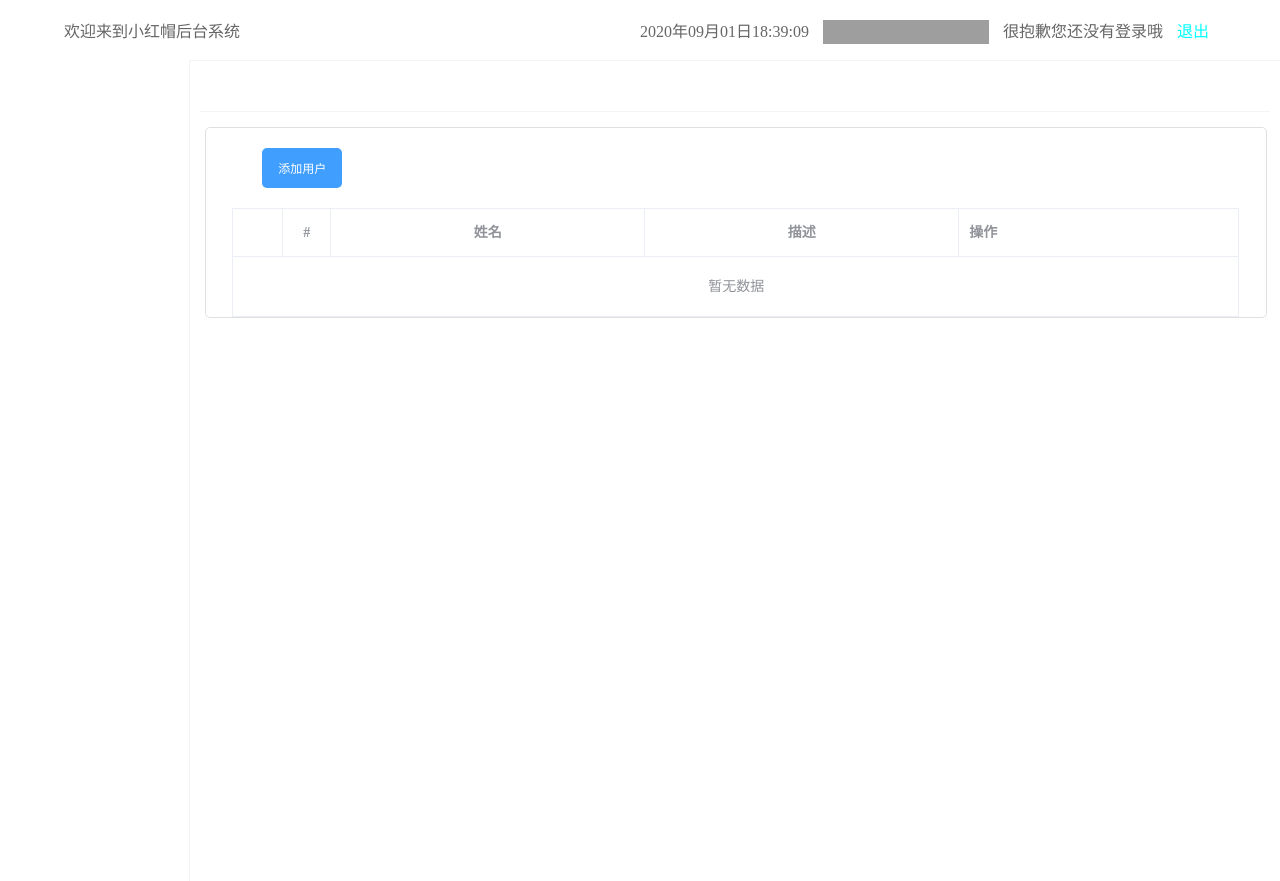
Repository: jinggegeZ/whitesystem
Page: /rights/roles
The author's editor kept a copy of each file at every save. The page is drawn from the files as they stood at one save, then again after the next save.
The browser window is 1280 px wide. The pictures show the whole page.
Pictures or frames that could not be fetched are drawn as grey boxes. The page's requests for data from a server got no answer. The project was rebuilt for these pictures with package versions that can differ from the ones it lists, and the page was loaded fresh each time. No one was signed in, and anything a server would have sent is missing. Also part of the build but not shown: vue.config.js, src/views/Home.vue.

Above is the page before, as saved 2020-09-02 13:00:48.

### public/index.html
<!DOCTYPE html>
<html lang="en">
  <head>
    <meta charset="utf-8">
    <meta http-equiv="X-UA-Compatible" content="IE=edge">
    <meta name="viewport" content="width=device-width,initial-scale=1.0">
    <link rel="icon" href="<%= BASE_URL %>favicon.ico">
    <title><%= htmlWebpackPlugin.options.title %></title>
  </head>
  <body>
    <noscript>
      <strong>We're sorry but <%= htmlWebpackPlugin.options.title %> doesn't work properly without JavaScript enabled. Please enable it to continue.</strong>
    </noscript>
    <div id="app"></div>
    <!-- built files will be auto injected -->

     <!--[if lte IE 9]>
    <div style='position:absolute; top: 50%; left:50%; margin-top: -50px;margin-left: -400px; align-items: center;justify-content: center;'>
      <div style='width: 800px; height: 100px;text-align: center'>
        <h1>
        您的浏览器版本过低 请下载最新的谷歌浏览器
      </h1>
      <div style='text-align: center;width: 800px'>
        <a href=''>下载谷歌浏览器点此链接</a>
      </div>
      </div>
    </div>
  <![endif]-->
  </body>

</html>

### src/main.js
import Vue from "vue";
import App from "./App.vue";
import router from "./router";
import store from "./store";
import './bus'
import ElementUI from 'element-ui'
import 'element-ui/lib/theme-chalk/index.css'
import dayjs from 'dayjs'
import echarts from "echarts"

dayjs().format();
Vue.use(ElementUI)
Vue.config.productionTip = false;
Vue.prototype.$echarts = echarts

new Vue({
  router,
  store,
  render: h => h(App)
}).$mount("#app");

### src/App.vue
<template>
  <div id="app">
    <router-view />
  </div>
</template>

<style lang="scss">
@import '../src/style/style'
</style>

### src/store/index.js
import Vue from "vue";
import Vuex from "vuex";
import user from "./user/user";
import order from "./order/order"

Vue.use(Vuex);

export default new Vuex.Store({
  state: {},
  mutations: {},
  actions: {},
  modules: {
    user,
    order
  }
});

### src/bus/index.js
import Vue from 'vue'
const bus = new Vue()
Vue.prototype.$bus = bus

### src/style/style.css
* {
    margin: 0;
    padding: 0;
}

#app {
    width: 100%;
    height: 100%;
}
.el-menu-item {
    min-width: 100px !important;
}
html {
    width: 100%;
    height: 100%;
}

body {
    width: 100%;
    height: 100%;
}

/* 登录页面 */
.login {
    width: 100%;
    height: 100%;
}

.loginbox {
    width: 100%;
    height: 100%;
    display: flex;
    justify-content: center;
    align-items: center;

}

.loginboximg {
    width: 100%;
    height: 100%;
    position: absolute;

}

.msgbox {
    width: 636px;
    height: 400px;
    background: rgb(255, 255, 255);
    border: 1px solid rgb(204, 204, 204);
    z-index: 99;
    position: absolute;
    border-radius: 5px;
}

.topbox {
    width: 100%;
    height: 79px;
    font-size: 22px;
    display: flex;
    justify-content: space-around;
    align-items: center;
    border-bottom: 1px solid rgb(204, 204, 204);
    font-weight: 700;

}
.el-form {
    width: 100%;
}
.topinpuit {
    width: 100%;
    height: 60px;
    display: flex;
    justify-content: center;
    align-items: center;
}
.topinpuit1 {
    width: 100%;
    height: 60px;
    display: flex;
    justify-content: center;

    margin-top: 20px;
}
.topinputfont {
    width: 100%;
    height: 80px;
    display: flex;
    justify-content: center;
    font-size: 14px;
    align-items: center;
}
.topinpuit1-2 {
    width: 90%;
    display: flex;
    justify-content: center;
    align-items: center;
}
.topinpuit1-1 {
    width: 90%;
    display: flex;
    justify-content: center;
    align-items: center;
}
.submit {
    width: 100%;
    height: 80px;
    display: flex;
    justify-content: center;
    align-items: center;

}
/* layout部分 */
.layout-homebox {
    width: 100%;
    height: 100%;

}
.layout-topbox {
    width: 100%;
    height: 60px;
}
.layout-navbox {
    width: 100%;
    display: flex;

}
.layout-leftbox {
    width: 15%;
    min-height: 800px;
    height: 100%;

}
.layout-sonbox {
    padding: 10px;
    width: 85%;
    min-height: 800px;
    height: 100%;
    border-top: 1px solid rgb(244,244,244);
    border-left: 1px solid rgb(244,244,244);
}
.layout-sonbox-top {
    width: 100%;
    height: 40px;
    border-bottom: 1px solid rgb(244,244,244);
    display: flex;
    align-items: center;
}
.layout-sonbox-top-item {
    padding: 3px 15px;
    font-size: 12px;
    border: 1px solid rgb(224,224,224);
    margin-left: 10px;
    border-radius: 5px;
}
.layout-sonbox-top-item:hover {
    background: rgb(7, 170, 235);
    color: white;
}
.layout-sonbox-top-item:hover .vis {
    visibility: visible;

}
.vis {
    visibility: hidden;
}
.layout-sonbox-top-item2 {
    margin-left: 10px;
    margin-right: 10px;

}
.layout-sonbox-box {
    margin-top: 10px;
}
/* 头部样式 */
.top-Box {
    width: 100%;
    height: 60px;
    display: flex;
    justify-content: center;
    align-items: center;

}
.top-box {
    width: 90%;
    height: 60px;
    display: flex;
    justify-content: space-between;
    align-items: center;
}
.top-box-left {
    width: 50%;
    height: 100%;
    font-size: 16px;
    color: #666;
    display: flex;
    align-items: center;
}
.top-box-right {
    width: 590px;
    height: 100%;
    font-size: 20px;
    color: #666;
    display: flex;
    justify-content: space-around;
    align-items: center;
    font-size: 16px;
}
.logout {
    color: aqua;
}
.weather {
    height: 21px;
}
iframe{
    width: 166px;
}
iframe html{
    width: 166px;
}
iframe body{
    width: 166px;
}

### src/views/layout1/layout.vue
<template>
  <div class="layout-homebox">
    <div class="layout-topbox">
      <topbox></topbox>
    </div>
    <div class="layout-navbox">
      <div class="layout-leftbox">
        <leftbox></leftbox>
      </div>
      <div class="layout-sonbox">
      <used></used>
        <div class="layout-sonbox-box">
          <template>
            <router-view />
          </template>
        </div>
      </div>
    </div>
  </div>
</template>

<script>
import topbox from "../../components/topbox/topbox";
import leftbox from "../../components/leftbox/leftbox";
import used from "../../components/used/used"
export default {
  name: "",
  props: {},
  components: {
    topbox,
    leftbox,
    used
  },
  data() {
    return {};
  },
  methods: {},
  mounted() {},
  watch: {},
  computed: {}
};
</script>

<style scoped lang='scss'>
</style>

### src/views/roleList/RoleList.vue
<template>
  <div class="UserListbox">
    <div class="userListbox">
      <div class="userListbox-serach">
        <div class="userListbox-serach1">
          <div class="adduser" @click="opendiolog">添加用户</div>
           <template>
                  <el-dialog
                    title="添加用户"
                    :visible.sync="dialogVisible1"
                    width="30%"
                    :before-close="handleClose1"
                  >
                    <span>
                      <el-form
                        :label-position="labelPosition"
                        label-width="80px"
                        :model="formLabelAlign1"
                        :rules="rules"

                      >
                        <el-form-item label="用户姓名" prop="name" >
                          <el-input v-model="formLabelAlign1.name"></el-input>
                        </el-form-item>
                        <el-form-item label="用户密码" prop="password"  >
                          <el-input type="password" v-model="formLabelAlign1.password"></el-input>
                        </el-form-item>
                        <el-form-item label="邮箱" prop="email"  >
                          <el-input v-model="formLabelAlign1.email"></el-input>
                        </el-form-item>
                        <el-form-item label="电话" prop="mobile"  >
                          <el-input v-model="formLabelAlign1.mobile"></el-input>
                        </el-form-item>

                      </el-form>
                    </span>
                    <span slot="footer" class="dialog-footer">
                      <el-button @click="dialogVisible1 = false">取 消</el-button>
                      <el-button type="primary" @click="addUser">确 定</el-button>
                    </span>
                  </el-dialog>
                </template>
        </div>
      </div>
      <div class="userListbox-nav">
        <!-- 用户表格 -->
        <div class="list_b">
          <el-table :data="roles" border stripe style="width: 100%">
          <!-- 展开符 -->
            <el-table-column label="" align="center" width="50"></el-table-column>
            <!-- 下标 -->
            <el-table-column label="#" type="index" :index="indexMethod" align="center"></el-table-column>
            <!-- 姓名 -->
            <el-table-column prop="roleName" label="姓名"  align="center"></el-table-column>
            <!-- 角色 -->
            <el-table-column prop="roleDesc" label="描述"  align="center"></el-table-column>
            <!-- 操作 -->
            <el-table-column label="操作" width="280">
              <template slot-scope="scope">
                <el-tooltip class="item" effect="dark" content="编辑" placement="top">
                  <el-button
                    size="mini"
                    type="primary"

                    @click="handleEdit(scope.$index, scope.row)"
                  >编辑</el-button>
                </el-tooltip>
                <template>
                  <el-dialog
                    title="编辑信息"
                    :visible.sync="dialogVisible"
                    width="30%"
                    :before-close="handleClose"
                  >
                    <span>
                      <el-form
                        :label-position="labelPosition"
                        label-width="80px"
                        :model="formLabelAlign"
                      >
                        <el-form-item label="用户名" disabled>
                          <el-input v-model="formLabelAlign.name"></el-input>
                        </el-form-item>
                        <el-form-item label="邮箱" prop="email">
                          <el-input v-model="formLabelAlign.email"></el-input>
                        </el-form-item>
                        <el-form-item label="电话" prop="mobile">
                          <el-input v-model="formLabelAlign.mobile"></el-input>
                        </el-form-item>
                      </el-form>
                    </span>
                    <span slot="footer" class="dialog-footer">
                      <el-button @click="dialogVisible = false">取 消</el-button>
                      <el-button type="primary" @click="changemsg">确 定</el-button>
                    </span>
                  </el-dialog>
                </template>
                <el-tooltip class="item" effect="dark" content="删除" placement="top">
                  <el-button
                    size="mini"
                    type="danger"

                    @click="handleDelete(scope.$index, scope.row)"
                  >删除</el-button>
                </el-tooltip>
                <el-tooltip class="item" effect="dark" content="分配权限" placement="top">
                  <el-button
                    size="mini"
                    type="warning"
                    @click="handleshare(scope.$index, scope.row)"
                  >分配权限</el-button>
                </el-tooltip>
                <template>
                  <el-dialog
                    title="编辑信息"
                    :visible.sync="dialogVisible2"
                    width="30%"
                    :before-close="handleClose"
                  >
                    <span>
                    123
                    </span>
                    <span slot="footer" class="dialog-footer">
                      <el-button @click="dialogVisible2 = false">取 消</el-button>
                      <el-button type="primary" @click="dialogVisible2 = false">确 定</el-button>
                    </span>
                  </el-dialog>
                </template>
              </template>
            </el-table-column>
          </el-table>
        </div>
      </div>
    </div>
  </div>
</template>

<script>
import { createNamespacedHelpers } from "vuex";
const userModule = createNamespacedHelpers("user");
const { mapState, mapActions } = userModule;
export default {
  name: "UserList",
  props: {},
  components: {},
  data() {
    return {
      keyword: "",
      pagenum: 1,
      pagesize: 5,
      query: "",
      id: "",
      value: true,
      tableData: [],
      dialogVisible: false,
      dialogVisible1:false,
      dialogVisible2:false,
      labelPosition: "right",
       formLabelAlign: {
        name: "",
        email: "",
        mobile: ""
      },
      formLabelAlign1: {
        name: "",
        password:"",
        email: "",
        mobile: ""
      },
      rules: {
        name: [
          { required: true, message: "请输入用户名", trigger: "change" },
          {

            message: "用户名不能为空",
            trigger: ["blur", "change"]
          }
        ],
        password: [
          { required: true, message: "请输入邮箱地址", trigger: "change" },
          {
            min:"6",
            message: "密码至少为6位",
            trigger: ["blur", "change"]
          }
        ],
        email: [
          { required: false, message: "请输入邮箱地址", trigger: "change" },
          {
            type: "email",
            message: "请输入正确的邮箱地址",
            trigger: ["blur", "change"]
          }
        ],
        mobile: [
          { required: false, message: "请输入电话", trigger: "change" },
          {
           min:"11",
           max:'11',
            message: "请输入正确的手机号码",
            trigger: ["blur", "change"]
          }
        ]
      }
    };
  },
  methods: {
    //展开符运算
    ...mapActions(["getroles"]),
    //表格
    handleEdit(index, row) {
      console.log(index, row);
      //打开diolog
      this.dialogVisible = true;
      this.formLabelAlign.name = row.username
      this.formLabelAlign.email = row.email
      this.formLabelAlign.mobile = row.mobile
      this.id = row.id
    },
    changemsg(){
      this.dialogVisible = false
      //编辑用户请求
      this.changeusermsg({
        id: this.id,
        email: this.formLabelAlign.email,
        mobile: this.formLabelAlign.mobile,
         pagenum: this.pagenum,
        pagesize: this.pagesize,
        query: this.query
      })
    },
    handleClose(done) {
      this.$confirm("确认关闭？")
        .then(() => {
          done();
          this.formLabelAlign.name = "";
          this.formLabelAlign.email = "";
          this.formLabelAlign.email = "";
        })
        .catch(() => {});
    },
    //删除
    handleDelete(index, row) {
      console.log(index, row);
      this.deleteUser({
        id: row.id,
        pagenum: this.pagenum,
        pagesize: this.pagesize,
        query: this.query
      });
    },
    //分配角色
    handleshare(index, row){
       console.log(index, row);
       this.dialogVisible2 = true
    },
    //修改状态
    change(e) {
      console.log(e);
      this.changUsertype({
        uId: e.id,
        type: e.mg_state,
        pagenum: this.pagenum,
        pagesize: this.pagesize,
        query: this.query
      });
    },
    //打开弹框
    opendiolog(){
      this.dialogVisible1 = true
    },
    //添加用户
    addUser(){

      this.dialogVisible1 = false
      this.addUsers({
        username:this.formLabelAlign1.name,
        password:this.formLabelAlign1.password,
        email:this.formLabelAlign1.email,
        mobile:this.formLabelAlign1.mobile,
         pagenum: this.pagenum,
        pagesize: this.pagesize,
        query: this.query
      })
    },
     handleClose1(done) {
      this.$confirm("确认关闭？")
        .then(() => {
          done();
          this.formLabelAlign.name = "";
          this.formLabelAlign.email = "";
          this.formLabelAlign.email = "";
        })
        .catch(() => {});
    },
    //获取下标
    indexMethod(index) {
      return index * 1;
    },
  },
  mounted() {
    this.getroles();
  },
  watch: {},
  computed: {
    ...mapState(["roles"])
  }
};
</script>

<style scoped lang='scss'>
.UserListbox {
  padding: 5px;
}
.userListbox {
  width: 100%;
  border: 1px solid rgb(224, 224, 224);
  border-radius: 5px;
}
.list_b {
  width: 95%;
  height: 95%;
}
.userListbox-nav {
  width: 100%;
  display: flex;
  justify-content: center;
  align-items: center;
}
.userListbox-serach {
  width: 100%;
  height: 80px;
  display: flex;
  align-items: center;
  justify-content: center;
}
.userListbox-serach1 {
  width: 95%;
  display: flex;
  align-items: center;
}
.serachbox {
  width: 47px;
  height: 39px;
  display: flex;
  justify-content: center;
  align-items: center;
}

.adduser {
  width: 80px;
  height: 40px;
  display: flex;
  justify-content: center;
  align-items: center;
  color: white;
  font-size: 12px;
  background: rgb(64, 158, 255);
  margin-left: 30px;
  border-radius: 5px;
}
.fenye {
  margin-top: 10px;
  margin-bottom: 10px;
}
</style>

### src/components/topbox/topbox.vue
<template>
  <div>
    <div class="top-Box">
      <div class="top-box">
        <div class="top-box-left">欢迎来到小红帽后台系统</div>
        <div class="top-box-right">
          <div>{{ nowDate }}{{ nowTime }}</div>
          <div class="weather"><iframe scrolling="no" src="https://tianqiapi.com/api.php?style=tf&skin=cherry" frameborder="0" width="400" height="24" allowtransparency="true"></iframe></div>
          <div v-if="this.adminUser">亲爱的：{{adminUser.username}}</div>
          <div v-else>很抱歉您还没有登录哦</div>
          <div @click="logout" class="logout">退出</div>
        </div>
      </div>
    </div>
  </div>
</template>
<script>
export default {
  name: "",
  props: {},
  components: {},
  data() {
    return {
      nowDate: null, //存放年月日变量
      nowTime: null, //存放时分秒变量
      timer: "", //定义一个定时器的变量
      currentTime: new Date(), // 获取当前时间
      adminUser:[], //获取用户信息
      adminToken:"", //获取令牌
    };
  },
  methods: {
    //获取时间
    getTime() {
      const date = new Date();
      const year = date.getFullYear();
      const month = date.getMonth() + 1;
      const day = date.getDate();
      const hour = date.getHours();
      const minute = date.getMinutes();
      const second = date.getSeconds();
      this.month = check(month);
      this.day = check(day);
      this.hour = check(hour);
      this.minute = check(minute);
      this.second = check(second);
      function check(i) {
        const num = i < 10 ? "0" + i : i;
        return num;
      }
      this.nowDate = year + "年" + this.month + "月" + this.day + "日";
      this.nowTime =
        this.hour + ":" + this.minute + ":" + this.second ;
    },
    //退出登录
    logout(){
      localStorage.removeItem('adminUser')
      this.$router.push('/login')
    },

  },
  mounted() {
    //获取时间
    this.timer = setInterval(this.getTime, 1000);
    //获取个人信息
    this.adminUser = JSON.parse(localStorage.getItem('adminUser'))
    this.adminToken = localStorage.getItem('adminToken')




  },
  beforeDestroy() {
    if (this.timer) {
      clearInterval(this.timer); // 在Vue实例销毁前，清除定时器
    }

  },
  watch: {},
  computed: {

  }
};
</script>

<style scoped lang='scss'>
</style>

### src/components/leftbox/leftbox.vue
<template>
  <div>
    <el-menu :default-active="$route.path" unique-opened router>
      <template v-for="item in menus">
        <el-submenu :index="item.path" :key="item.id" v-if="item.children">
          <template slot="title">
            <i :class="item.icon"></i>
            <span>{{ item.authName }}</span>
          </template>
          <el-menu-item-group>
            <el-menu-item
              :index="children.path"
              v-for="children in item.children"
              :key="children.path"
            >
              <i :class="children.icon"></i>
              <span
                slot="title"
                @click="chose(children.path, children.authName)"
              >{{ children.authName }}</span>
            </el-menu-item>
          </el-menu-item-group>
        </el-submenu>
        <el-menu-item :index="item.path" :key="item.path" v-else>
          <span slot="title">{{ item.authName }}</span>
        </el-menu-item>
      </template>
    </el-menu>
  </div>
</template>

<script>
import { createNamespacedHelpers } from "vuex";
const userModule = createNamespacedHelpers("user");
const { mapState: userState, mapActions: userActions } = userModule;
export default {
  name: "",
  props: {},
  components: {},
  data() {
    return {
      activeIndex: "/index",
      addresslist: []
    };
  },
  methods: {
    ...userActions(["getMenus"]),
    //选择子元素
    chose(path, name) {
      console.log(path, name);
      let arr = JSON.parse(localStorage.getItem("uesdTabs"));
      if (arr) {
        // 去重
        let length = arr.filter(item => {
          return item.path === path;
        }).length;

        if (length === 0) {
          arr.push({
            path: path,
            name: name
          });
        }
      } else {
        arr = [];
        arr.push({
          path: path,
          name: name
        });
      }
      localStorage.setItem("uesdTabs", JSON.stringify(arr));
    }
  },
  mounted() {
    this.getMenus();
  },
  watch: {},
  computed: {
    ...userState(["menus"])
  }
};
</script>

<style scoped lang='scss'>
</style>

### src/components/used/used.vue
<template>
  <div>
    <div class="layout-sonbox-top" >
      <div class="layout-sonbox-top-item" v-for="item in Tabs" :key="item.path">
        <span class="vis">●</span> <span class="layout-sonbox-top-item2">{{item.name}}</span><span class="vis" @click="deletes(item)">X</span>
      </div>
    </div>
  </div>
</template>

<script>
export default {
  name: "used",
  props: {},
  components: {},
  data() {
    return {
      Tabs: []
    };
  },
  methods: {
    //获取local
    getlocal(){
      if (localStorage.getItem("uesdTabs")) {
      this.Tabs = JSON.parse(localStorage.getItem("uesdTabs"))
      // console.log(this.Tabs);
    }
    },
    //删除元素
    deletes(item){
      console.log(item);
    }
  },
  mounted() {
  this.getlocal()
  },
  watch: {
        // 监听路由跳转
    "$route.path": {
      handler(val) {
        this.getlocal();
        console.log("菜单：", val);
        this.currentPath = val; //val是路由跳转的path
      },
      immediate: true, //立即执行
    },
  },
  computed: {

  }
};
</script>

<style scoped lang='scss'>
</style>

Loaded but not shown: src/store/user/user.js (195 lines, source omitted); src/router/index.js (183 lines, source omitted); src/store/order/order.js (57 lines, source omitted); src/http/api.js (52 lines, source omitted); src/http/index.js (66 lines, source omitted)

After the next save:
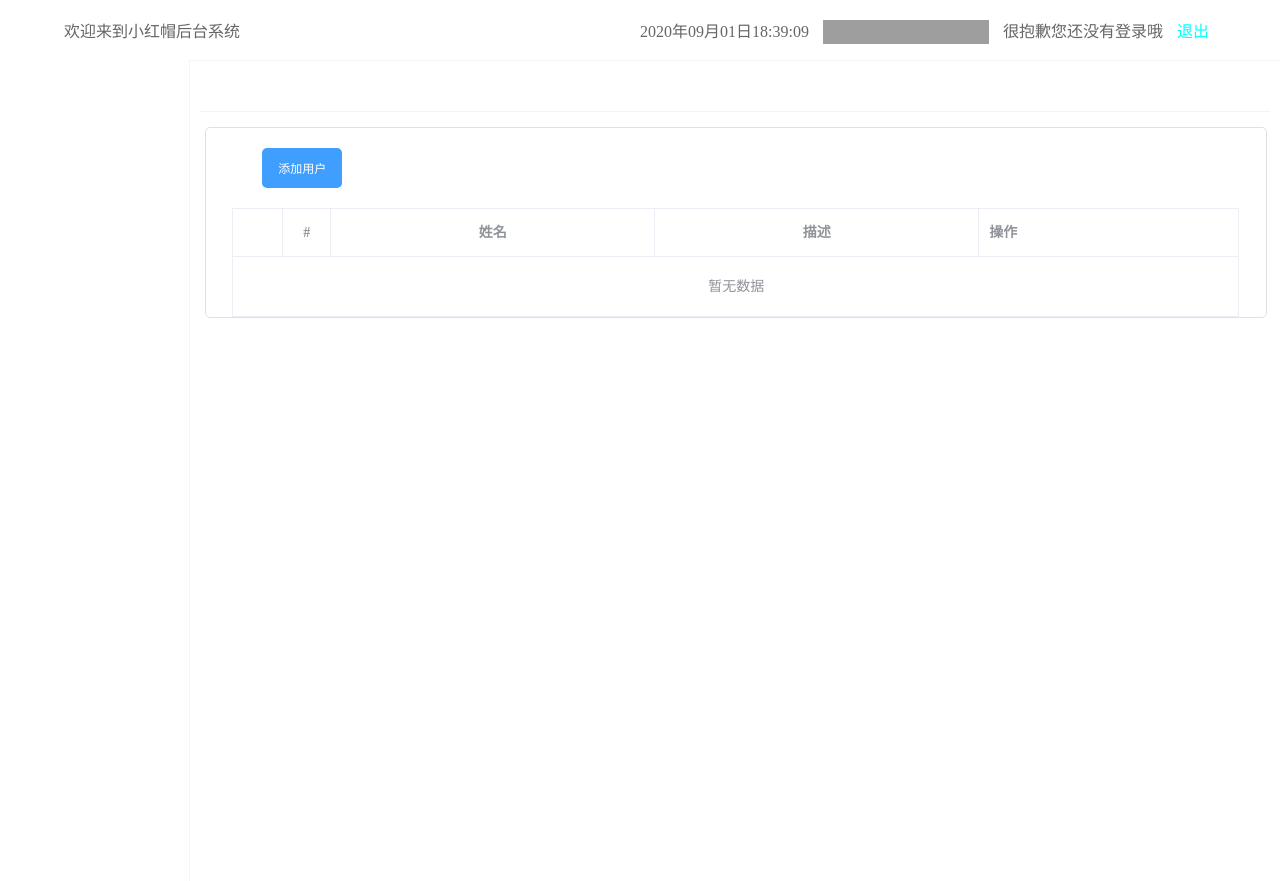
Saved 10 s later.
--- a/src/views/roleList/RoleList.vue
+++ b/src/views/roleList/RoleList.vue
@@ -55,7 +55,7 @@
             <!-- 角色 -->
             <el-table-column prop="roleDesc" label="描述"  align="center"></el-table-column>
             <!-- 操作 -->
-            <el-table-column label="操作" width="280">
+            <el-table-column label="操作" width="260">
               <template slot-scope="scope">
                 <el-tooltip class="item" effect="dark" content="编辑" placement="top">
                   <el-button
